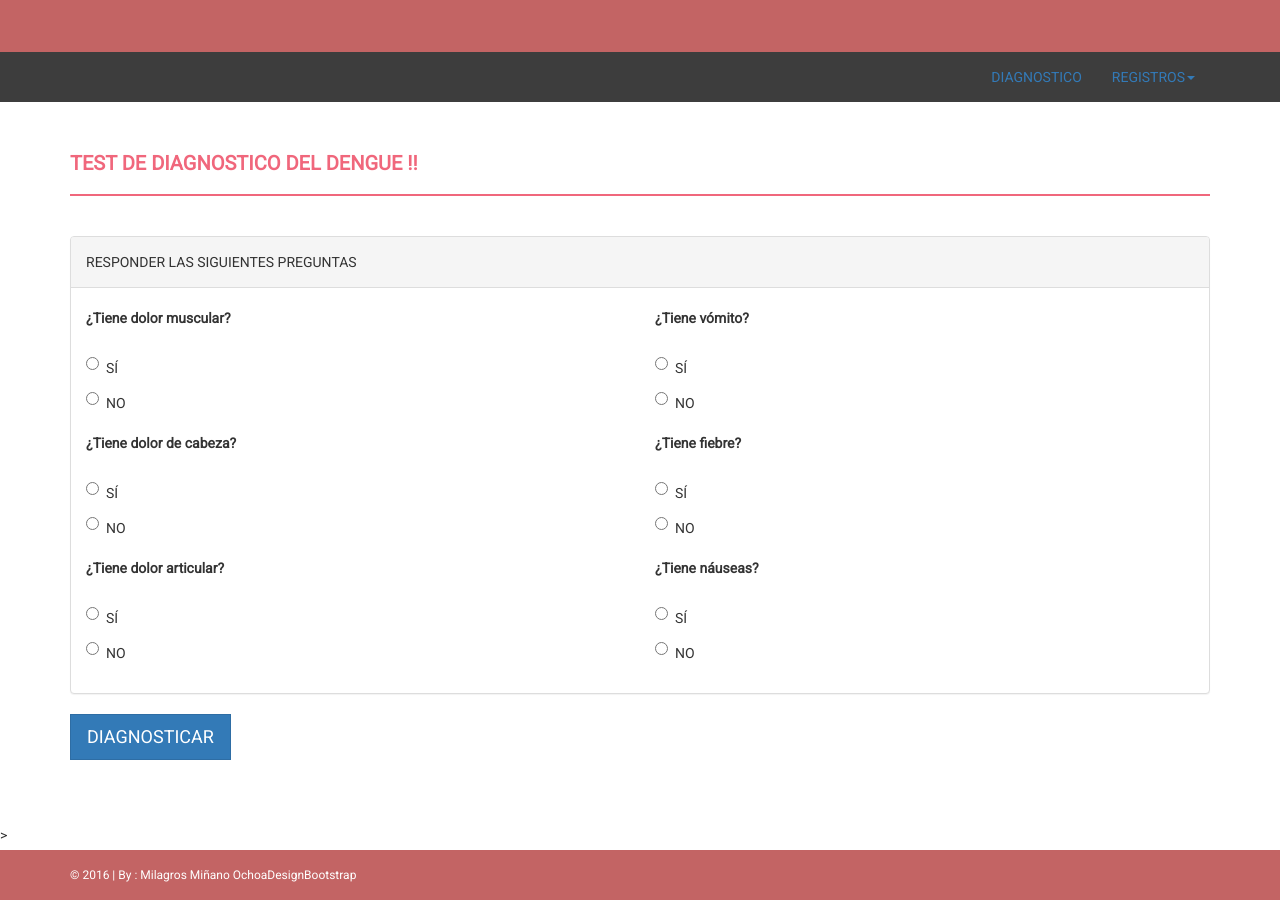
Repository: Mili10/PROYECTOII
Page: http://localhost/Capa_Presentacion/frmCuestionario.jsp
An editor plug-in stored every save of this project. The page is shown before and after the next save, followed by the edit.
The browser window is 1280 px wide. The pictures show the whole page.
The page is served by Tomcat 9.

Above is the page before, as saved 2016-07-04 19:49:21.

After the next save:
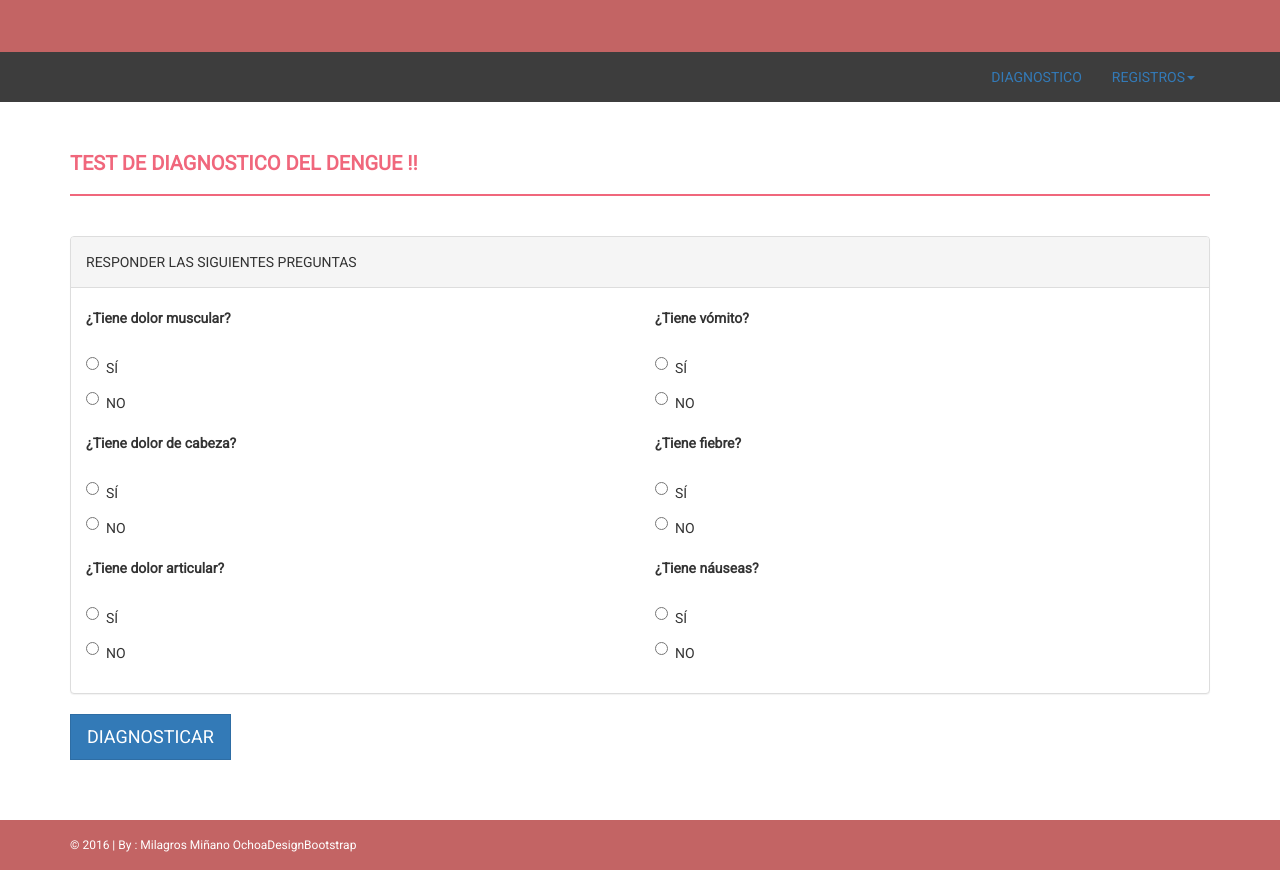
Saved 13 min 7 s later.
--- a/sistema_experto_web/Capa_Presentacion/WebContent/frmCuestionario.jsp
+++ b/sistema_experto_web/Capa_Presentacion/WebContent/frmCuestionario.jsp
@@ -151,7 +151,7 @@
 
                     </div>
                </div>
-    </form>>
+    </form>
 
 	<jsp:include page="includes/masterFooter.jsp"></jsp:include>
 
